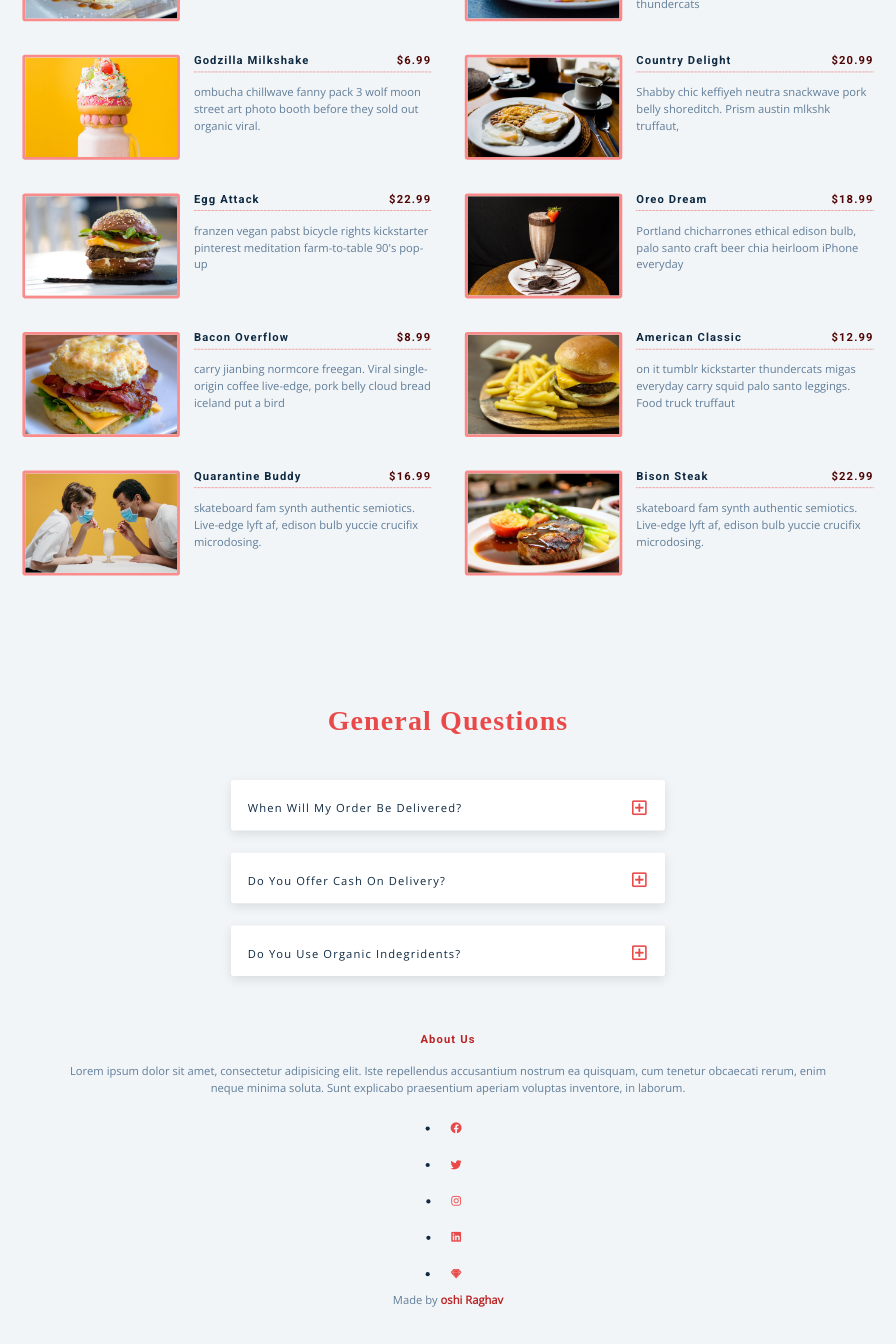
Repository: xoshiraghavx/Food-you
Page: index.html
An editor plug-in stored every save of this project. The page is shown before and after a run of saves, followed by the edit.
The browser window is 1280 px wide. The pictures show the part of the page from y = 1245 to 3165 px (the page is 3165 px tall), at 70% of full size.
Some web libraries are served in a nearby version.

Above is the page before, as saved 2022-12-03 08:48:11.

### index.html
<!DOCTYPE html>
<html lang="en">
  <head>
    <meta charset="UTF-8" />
    <meta name="viewport" content="width=device-width, initial-scale=1.0" />
    <title>interior design</title>
    <!-- font-awesome -->
    <link
      rel="stylesheet"
      href="https://cdnjs.cloudflare.com/ajax/libs/font-awesome/5.14.0/css/all.min.css"
    />

    <!-- styles -->
    <link rel="stylesheet" href="styles.css" />
  </head>
  <body>
<nav>
  <div class="nav-center">
    <div class="nav-header">
      <div class="logo-div">
      <img src="./img/logo.png" alt="logo" class="logo">
      <div class="logo-name">
      <p><span id="color"><b>FOOD </b><br><i>& you</i></span></p>
    </div>
    </div>
      <button class="nav-toggle">
        <i class="fas fa-bars"></i>
      </button>
    </div>
    <!-- links -->
    <ul class="links">

      <li>
        <a href="index.html">home</a>
      </li>
      <li>
        <a href="about.html">about</a>
      </li>
      <li>
        <a href="contact.html">contact</a>
      </li>
    </ul>
    <!-- social media -->
    <ul class="social-icons">
      <li>
        <a href="https://www.facebook.com">
          <i class="fab fa-facebook"></i>
        </a>
      </li>
      <li>
        <a href="https://www.twitter.com">
          <i class="fab fa-twitter"></i>
        </a>
      </li>
      <li>
        <a href="https://www.instagram.com">
          <i class="fab fa-instagram"></i>
        </a>
      </li>
      <li>
        <a href="https://www.linkedin.com">
          <i class="fab fa-linkedin"></i>
        </a>
      </li>
      <li>
        <a href="https://www.twitter.com">
          <i class="fab fa-sketch"></i>
        </a>
      </li>
    </ul>
  </div>
</nav>
<header class="hero">
  <div class="banner">
    <h2>Looking for some food!</h2>
    <button class="btn modal-btn">Order Now</button>
  </div>
</header>
<div class="modal-overlay">
  <div class="modal-container">
    <br>
    <h3>Title</h3>
    <p>Lorem ipsum dolor sit amet consectetur adipisicing elit. Illo deleniti eum mollitia distinctio! Nesciunt dolor minima animi esse officia! Recusandae? Lorem ipsum dolor sit amet consectetur, adipisicing elit. Aspernatur, hic.</p>
    <button class="close-btn">
      <i class="fas fa-times"> </i>
    </button>
  </div>
</div>
<section class="menu">
  <div class="title">
    <h2>Our Menu</h2>
    <div class="underline"></div>
  </div>
  <div class="btn-container">
    <!-- <button class="filter-btn" type="button" data-id="all">all</button>
    <button class="filter-btn" type="button"data-id="breakfast">breakfast</button>
    <button class="filter-btn" type="button" data-id="lunch">lunch</button>
    <button class="filter-btn" type="button" data-id="shakes">shakes</button> -->
  </div>
    <div class="section-center">
      <!-- <article class="menu-item">
        <img src="./menu-item.jpeg" class="photo" alt="menu item">
        <div class="item-info">
          <header>
            <h4>buttermilk pancakes</h4>
            <h4 class="price">Rs 600/-</h4>
          </header>
          <p class="item-text">Lorem ipsum, dolor sit amet consectetur adipisicing elit. Dolore totam aliquid ut eius architecto magni cumque explicabo voluptate, repudiandae harum.</p>
        </div>
      </article> -->
    </div>
</section>
<section class="questions">
  <div class="title">
    <h2>general questions</h2>
  </div>
  <div class="question-center">
    <article class="question">
      <div class="question-title">
      <p>When will my order be delivered?</p>
      <button type="button" class="question-btn">
        <span class="plus-icon">
      <i class="far fa-plus-square"></i>
        </span>

        <span class="minus-icon">
      <i class="far fa-minus-square"></i>
        </span>

      </button>
    </div>
    <div class="question-text">
      <p>Estimated delivery are given against each products. While sincere efforts are being made to deliver the products within the given time frame factors like, availability, festive seasons, courier delays are bound to happen. These factors are constantly monitored to keep any inordinate delays under control.</p>
    </div>
    </article>
    <article class="question">
      <div class="question-title">
      <p>Do you offer Cash on Delivery?</p>
      <button type="button" class="question-btn">
        <span class="plus-icon">
      <i class="far fa-plus-square"></i>
        </span>

        <span class="minus-icon">
      <i class="far fa-minus-square"></i>
        </span>

      </button>
    </div>
    <div class="question-text">
      <p>Yes. We offer Cash on Delivery which most of the other websites don't offer.</p>
    </div>
    </article>
    <article class="question">
      <div class="question-title">
      <p>do you use organic indegridents?</p>
      <button type="button" class="question-btn">
        <span class="plus-icon">
      <i class="far fa-plus-square"></i>
        </span>

        <span class="minus-icon">
      <i class="far fa-minus-square"></i>
        </span>

      </button>
    </div>
    <div class="question-text">
      <p>We deliver the products that are fresh and systems are kept in place to source the best products and safely consign them to you. We don't stock the products but place once we receive orders.</p>
    </div>
    </article>
  </div>
</section>
<!-- --------footer--------- -->
<section class="footer">
  <h4 id="color">About Us</h4>
  <p>Lorem ipsum dolor sit amet, consectetur adipisicing elit. Iste repellendus accusantium nostrum ea quisquam, cum tenetur obcaecati rerum, enim <br> neque minima soluta. Sunt explicabo praesentium aperiam voluptas inventore, in laborum.</p>
  <div class="icons">
    <li>
      <a href="https://www.facebook.com">
        <i class="fab fa-facebook"></i>
      </a>
    </li>
    <li>
      <a href="https://www.twitter.com">
        <i class="fab fa-twitter"></i>
      </a>
    </li>
    <li>
      <a href="https://www.instagram.com">
        <i class="fab fa-instagram"></i>
      </a>
    </li>
    <li>
      <a href="https://www.linkedin.com">
        <i class="fab fa-linkedin"></i>
      </a>
    </li>
    <li>
      <a href="https://www.twitter.com">
        <i class="fab fa-sketch"></i>
      </a>
    </li>
  </div>
  <p>Made by <b id="color">oshi Raghav</b></p>
</section>
<!-- javascript -->
    <script src="app.js"></script>
  </body>
</html>

### styles.css
/*
===============
Fonts
===============
*/
@import url('https://fonts.googleapis.com/css?family=Open+Sans|Roboto:400,700&display=swap');

/*
===============
Variables
===============
*/

:root {
  /* dark shades of primary color*/
  --clr-primary-1: hsl(0, 86%, 17%);
  --clr-primary-2: hsl(0, 77%, 27%);
  --clr-primary-3: hsl(0, 72%, 37%);
  --clr-primary-4: hsl(0, 63%, 48%);
  /* primary/main color */
  --clr-primary-5: hsl(0, 78%, 60%);
  /* lighter shades of primary color */
  --clr-primary-6: hsl(0, 90%, 70%);
  --clr-primary-7: hsl(0, 90%, 76%);
  --clr-primary-8: hsl(0, 86%, 81%);
  --clr-primary-9: hsl(0, 90%, 88%);
  --clr-primary-10: hsl(0, 100%, 96%);
  /* darkest grey - used for headings */
  --clr-grey-1: hsl(209, 61%, 16%);
  --clr-grey-2: hsl(211, 39%, 23%);
  --clr-grey-3: hsl(209, 34%, 30%);
  --clr-grey-4: hsl(209, 28%, 39%);
  /* grey used for paragraphs */
  --clr-grey-5: hsl(210, 22%, 49%);
  --clr-grey-6: hsl(209, 23%, 60%);
  --clr-grey-7: hsl(211, 27%, 70%);
  --clr-grey-8: hsl(210, 31%, 80%);
  --clr-grey-9: hsl(212, 33%, 89%);
  --clr-grey-10: hsl(210, 36%, 96%);
  --clr-white: #fff;
  --clr-red-dark: hsl(360, 67%, 44%);
  --clr-red-light: hsl(360, 71%, 66%);
  --clr-green-dark: hsl(125, 67%, 44%);
  --clr-green-light: hsl(125, 71%, 66%);
  --clr-black: #222;
  --ff-primary: 'Roboto', sans-serif;
  --ff-secondary: 'Open Sans', sans-serif;
  --transition: all 0.3s linear;
  --spacing: 0.1rem;
  --radius: 0.25rem;
  --light-shadow: 0 5px 15px rgba(0, 0, 0, 0.1);
  --dark-shadow: 0 5px 15px rgba(0, 0, 0, 0.2);
  --max-width: 1170px;
  --fixed-width: 620px;
}
/*
===============
Global Styles
===============
*/

*,
::after,
::before {
  margin: 0;
  padding: 0;
  box-sizing: border-box;
}
body {
  font-family: var(--ff-secondary);
  background: var(--clr-grey-10);
  color: var(--clr-grey-1);
  line-height: 1.5;
  font-size: 0.875rem;
}
ul {
  list-style-type: none;
}
a {
  text-decoration: none;
}
img:not(.logo) {
  width: 100%;
}
img {
  display: block;
}
h1,
h2,
h3,
h4 {
  letter-spacing: var(--spacing);
  text-transform: capitalize;
  line-height: 1.25;
  margin-bottom: 0.75rem;
  font-family: var(--ff-primary);
}
h1 {
  font-size: 3rem;
}
h2 {
  font-size: 2rem;
}
h3 {
  font-size: 1.25rem;
}
h4 {
  font-size: 0.875rem;
}
p {
  margin-bottom: 1.25rem;
  color: var(--clr-grey-5);
}
@media screen and (min-width: 800px) {
  h1 {
    font-size: 4rem;
  }
  h2 {
    font-size: 2.5rem;
  }
  h3 {
    font-size: 1.75rem;
  }
  h4 {
    font-size: 1rem;
  }
  body {
    font-size: 1rem;
  }
  h1,
  h2,
  h3,
  h4 {
    line-height: 1;
  }
}
/*  global classes */
.btn {
  text-transform: uppercase;
  background: transparent;
  color: var(--clr-black);
  padding: 0.375rem 0.75rem;
  letter-spacing: var(--spacing);
  display: inline-block;
  transition: var(--transition);
  font-size: 0.875rem;
  border: 2px solid var(--clr-black);
  cursor: pointer;
  box-shadow: 0 1px 3px rgba(0, 0, 0, 0.2);
  border-radius: var(--radius);
}
.btn:hover {
  color: var(--clr-white);
  background: var(--clr-black);
}
/* section */
.section {
  padding: 5rem 0;
}


@media screen and (min-width: 992px) {
  .section-center .question-center {
    width: 95vw;
  }
}
main {
  min-height: 100vh;
  display: grid;
  place-items: center;
}

/*
===============
Navbar
===============
*/
nav {
  background: var(--clr-white);
  box-shadow: var(--light-shadow);
  position: fixed;
  width: 100%;
}
.nav-header {
  display: flex;
  align-items: center;
  justify-content: space-between;
  padding: 1rem;
}
.nav-toggle {
  font-size: 1.5rem;
  color: var(--clr-primary-5);
  background: transparent;
  border-color: transparent;
  transition: var(--transition);
  cursor: pointer;
}
.nav-toggle:hover {
  color: var(--clr-primary-1);
  transform: rotate(90deg);
}
.logo-div{
  display: flex;
}
.logo {
  height: 90px;
  width: 90px;
}
.logo-name{
  margin-top: 20px;
}
#color{
  color: var(--clr-red-dark);

}
.links a {
  color: var(--clr-grey-3);
  font-size: 1rem;
  text-transform: capitalize;
  letter-spacing: var(--spacing);
  display: block;
  padding: 0.5rem 1rem;
  transition: var(--transition);
}
.links a:hover {
  background: var(--clr-primary-8);
  color: var(--clr-primary-5);
  padding-left: 1.5rem;
}
.social-icons {
  display: none;
}
.links {
  height: 0;
  overflow: hidden;
  transition: var(--transition);
}
.show-links {
  height: 10rem;
}
@media screen and (min-width: 800px) {
  .nav-center {
    max-width: 1170px;
    margin: 0 auto;
    display: flex;
    align-items: center;
    justify-content: space-between;
    padding: 1rem;
  }
  .nav-header {
    padding: 0;
  }
  .nav-toggle {
    display: none;
  }
  .links {
    height: auto;
    display: flex;
  }
  .links a {
    padding: 0;
    margin: 0 0.5rem;
  }
  .links a:hover {
    padding: 0;
    background: transparent;
  }

  .social-icons {
    display: flex;
  }
  .social-icons a {
    margin: 0 0.5rem;
    color: var(--clr-primary-4);
    transition: var(--transition);
  }
  .social-icons a:hover {
    color: var(--clr-primary-7);
  }
}
/* modal css  */
.hero {
  height: 100vh;
  background: linear-gradient(rgba(4, 9, 30, 0.421),rgba(4, 9, 30, 0.421)),url("https://discovertemplate.com/wp-content/uploads/2020/11/DT_G62_Food-drink-Animated-GIF-Icon-Pack.gif") center/cover no-repeat;
  display: grid;
  place-items: center;
}
.banner {
  background: var(--clr-white);
  padding: 4rem 0;
  border-radius: var(--radius);
  box-shadow: var(--light-shadow);
  text-align: center;
  width: 90vw;
  max-width: var(--fixed-width);
}
.modal-btn {
  margin-top: 2rem;
  background: var(--clr-primary-5);
  border-color: var(--clr-primary-5);
  color: var(--clr-white);
}
.modal-btn:hover {
  background: transparent;
  color: var(--clr-primary-5);
}
.modal-overlay {
  position: fixed;
  top: 0;
  left: 0;
  width: 100%;
  height: 100%;
  background: hsla(209, 61%, 16%, 0.77);
  display: grid;
  place-items: center;
  transition: var(--transition);
  visibility: hidden;
  z-index: -10;
}
/* OPEN/CLOSE MODAL */
.open-modal {
  visibility: visible;
  z-index: 10;
}
.modal-container {
  background: var(--clr-white);
  border-radius: var(--radius);
  width: 90vw;
  height: 30vh;
  max-width: var(--fixed-width);
  text-align: center;
  display: grid;
  place-items: center;
  position: relative;
}
.close-btn {
  position: absolute;
  top: 1rem;
  right: 1rem;
  font-size: 2rem;
  background: transparent;
  border-color: transparent;
  color: var(--clr-red-dark);
  cursor: pointer;
  transition: var(--transition);
}
.close-btn:hover {
  color: var(--clr-red-light);
  transform: scale(1.3);
}
/* menu css */

.menu {
  padding: 5rem 0;
}
.title {
  text-align: center;
  margin-bottom: 2rem;
}
.underline {
  width: 5rem;
  height: 0.25rem;
  background: var(--clr-primary-8);
  margin-left: auto;
  margin-right: auto;
}
.btn-container {
  margin-bottom: 4rem;
  display: flex;
  justify-content: center;
}
.filter-btn {
  background: transparent;
  border-color: var(--clr-primary-5);
  font-size: 1rem;
  text-transform: capitalize;
  margin: 0 0.5rem;
  letter-spacing: 1px;
  border-radius: var(--radius);
  padding: 0.375rem 0.75rem;
  color: var(--clr-primary-5);
  cursor: pointer;
  transition: var(--transition);
}
.filter-btn:hover {
  background: var(--clr-primary-5);
  color: var(--clr-white);
}
.section-center .question-center{
  width: 90vw;
  max-width: 1170px;
}
.section-center{
  display: grid;
  margin: 0 auto;
  gap: 3rem 3rem;
  justify-items: center;
}
.menu-item {
  display: grid;
  gap: 1rem 2rem;
  max-width: 25rem;
}
.photo {
  object-fit: cover;
  height: 200px;
  border: 0.25rem solid var(--clr-primary-7);
  border-radius: var(--radius);
}
.item-info header {
  display: flex;
  justify-content: space-between;
  border-bottom: 0.5px dotted var(--clr-primary-5);
}
.item-info h4 {
  margin-bottom: 0.5rem;
}
.price {
  color: var(--clr-primary-1);
}
.item-text {
  margin-bottom: 0;
  padding-top: 1rem;
}

@media screen and (min-width: 768px) {
  .menu-item {
    grid-template-columns: 225px 1fr;
    gap: 0 1.25rem;
    max-width: 40rem;
  }
  .photo {
    height: 175px;
  }
}
@media screen and (min-width: 1200px) {
  .section-center {
    width: 95vw;
    grid-template-columns: 1fr 1fr;
  }
  .photo {
    height: 150px;
  }
}

/*
===============
Questions
===============
*/
.title {
  margin-top: 15vh;
  margin-bottom: 4rem;
}
.title h2 {
  color: var(--clr-primary-5);
  font-family: "Great Vibes", cursive;
  text-align: center;
}
.question-center {
  max-width: var(--fixed-width);
  margin: 0 auto;
}
.question {
  background: var(--clr-white);
  border-radius: var(--radius);
  box-shadow: var(--light-shadow);
  padding: 1.5rem 1.5rem 0 1.5rem;
  margin-bottom: 2rem;
}
.question-title {
  display: flex;
  justify-content: space-between;
  align-items: center;
  text-transform: capitalize;
  padding-bottom: 1rem;
}
.question-title p {
  margin-bottom: 0;
  letter-spacing: var(--spacing);
  color: var(--clr-grey-1);
}
.question-btn {
  font-size: 1.5rem;
  background: transparent;
  border-color: transparent;
  cursor: pointer;
  color: var(--clr-primary-5);
  transition: var(--transition);
}
.question-btn:hover {
  transform: rotate(90deg);
}
.question-text {
  padding: 1rem 0 1.5rem 0;
  border-top: 1px solid rgba(0, 0, 0, 0.2);
}
.question-text p {
  margin-bottom: 0;
}
/* hide text */
.question-text {
  display: none;
}
.show-text .question-text {
  display: block;
}
.minus-icon {
  display: none;
}
.show-text .minus-icon {
  display: inline;
}
.show-text .plus-icon {
  display: none;
}
/* ---------footer----------- */
.footer{
  width: 100%;
  text-align: center;
  padding: 30px 0;
}
.footer h4{
  margin-bottom: 25px;
  margin-top: 20px;
  font-weight: 600;
}
.icons .fab{
  color: var(--clr-primary-5);
  margin: 0 13px;
  cursor: pointer;
  padding: 18px 0;
}

### app.js
// // classList - shows/gets all classes
// // contains - checks classList for specific class
// // add - add class
// // remove - remove class
// // toggle - toggles class

const navToggle = document.querySelector(".nav-toggle");
const links = document.querySelector(".links");

navToggle.addEventListener('click', () =>{
    links.classList.toggle("show-links")
})


// // modal js

const modalBtn = document.querySelector(".modal-btn");
const modal      = document.querySelector(".modal-overlay");
const closeBtn = document.querySelector(".close-btn");

modalBtn.addEventListener('click',() =>{
    modal.classList.add('open-modal');
})
closeBtn.addEventListener('click',() =>{
    modal.classList.remove('open-modal');
})
//menu
const menu = [
    {
      id: 1,
      title: "buttermilk pancakes",
      category: "breakfast",
      price: 15.99,
      img: "./img/item-1.jpeg",
      desc: `I'm baby woke mlkshk wolf bitters live-edge blue bottle, hammock freegan copper mug whatever cold-pressed `,
    },
    {
      id: 2,
      title: "diner double",
      category: "lunch",
      price: 13.99,
      img: "./img/item-2.jpeg",
      desc: `vaporware iPhone mumblecore selvage raw denim slow-carb leggings gochujang helvetica man braid jianbing. Marfa thundercats `,
    },
    {
      id: 3,
      title: "godzilla milkshake",
      category: "shakes",
      price: 6.99,
      img: "./img/item-3.jpeg",
      desc: `ombucha chillwave fanny pack 3 wolf moon street art photo booth before they sold out organic viral.`,
    },
    {
      id: 4,
      title: "country delight",
      category: "breakfast",
      price: 20.99,
      img: "./img/item-4.jpeg",
      desc: `Shabby chic keffiyeh neutra snackwave pork belly shoreditch. Prism austin mlkshk truffaut, `,
    },
    {
      id: 5,
      title: "egg attack",
      category: "lunch",
      price: 22.99,
      img: "./img/item-5.jpeg",
      desc: `franzen vegan pabst bicycle rights kickstarter pinterest meditation farm-to-table 90's pop-up `,
    },
    {
      id: 6,
      title: "oreo dream",
      category: "shakes",
      price: 18.99,
      img: "./img/item-6.jpeg",
      desc: `Portland chicharrones ethical edison bulb, palo santo craft beer chia heirloom iPhone everyday`,
    },
    {
      id: 7,
      title: "bacon overflow",
      category: "breakfast",
      price: 8.99,
      img: "./img/item-7.jpeg",
      desc: `carry jianbing normcore freegan. Viral single-origin coffee live-edge, pork belly cloud bread iceland put a bird `,
    },
    {
      id: 8,
      title: "american classic",
      category: "lunch",
      price: 12.99,
      img: "./img/item-8.jpeg",
      desc: `on it tumblr kickstarter thundercats migas everyday carry squid palo santo leggings. Food truck truffaut  `,
    },
    {
      id: 9,
      title: "quarantine buddy",
      category: "shakes",
      price: 16.99,
      img: "./img/item-9.jpeg",
      desc: `skateboard fam synth authentic semiotics. Live-edge lyft af, edison bulb yuccie crucifix microdosing.`,
    },
    {
      id: 10,
      title: "bison steak",
      category: "dinner",
      price: 22.99,
      img: "./img/item-10.jpeg",
      desc: `skateboard fam synth authentic semiotics. Live-edge lyft af, edison bulb yuccie crucifix microdosing.`,
    },
  ];
  // get parent element
  const sectionCenter = document.querySelector(".section-center");
  const btnContainer = document.querySelector(".btn-container");
  // display all items when page loads
  window.addEventListener("DOMContentLoaded", function () {
    diplayMenuItems(menu);
    displayMenuButtons();
  });

  function diplayMenuItems(menuItems) {
    let displayMenu = menuItems.map(function (item) {
      // console.log(item);

      return `<article class="menu-item">
            <img src=${item.img} alt=${item.title} class="photo" />
            <div class="item-info">
              <header>
                <h4>${item.title}</h4>
                <h4 class="price">$${item.price}</h4>
              </header>
              <p class="item-text">
                ${item.desc}
              </p>
            </div>
          </article>`;
    });
    displayMenu = displayMenu.join("");
    // console.log(displayMenu);

    sectionCenter.innerHTML = displayMenu;
  }
  function displayMenuButtons() {
    const categories = menu.reduce(
      function (values, item) {
        if (!values.includes(item.category)) {
          values.push(item.category);
        }
        return values;
      },
      ["all"]
    );
    const categoryBtns = categories
      .map(function (category) {
        return `<button type="button" class="filter-btn" data-id=${category}>
            ${category}
          </button>`;
      })
      .join("");

    btnContainer.innerHTML = categoryBtns;
    const filterBtns = btnContainer.querySelectorAll(".filter-btn");
    // console.log(filterBtns);

    filterBtns.forEach(function (btn) {
      btn.addEventListener("click", function (e) {
        // console.log(e.currentTarget.dataset);
        const category = e.currentTarget.dataset.id;
        const menuCategory = menu.filter(function (menuItem) {
          // console.log(menuItem.category);
          if (menuItem.category === category) {
            return menuItem;
          }
        });
        if (category === "all") {
          diplayMenuItems(menu);
        } else {
          diplayMenuItems(menuCategory);
        }
      });
    });
  }




// //questions css

const btns = document.querySelectorAll(".question-btn");

btns.forEach(function (btn) {
    btn.addEventListener('click', function (e) {
        const question =( e.currentTarget.parentElement.parentElement);
        question.classList.toggle("show-text");
    });
});

After the next 2 saves:
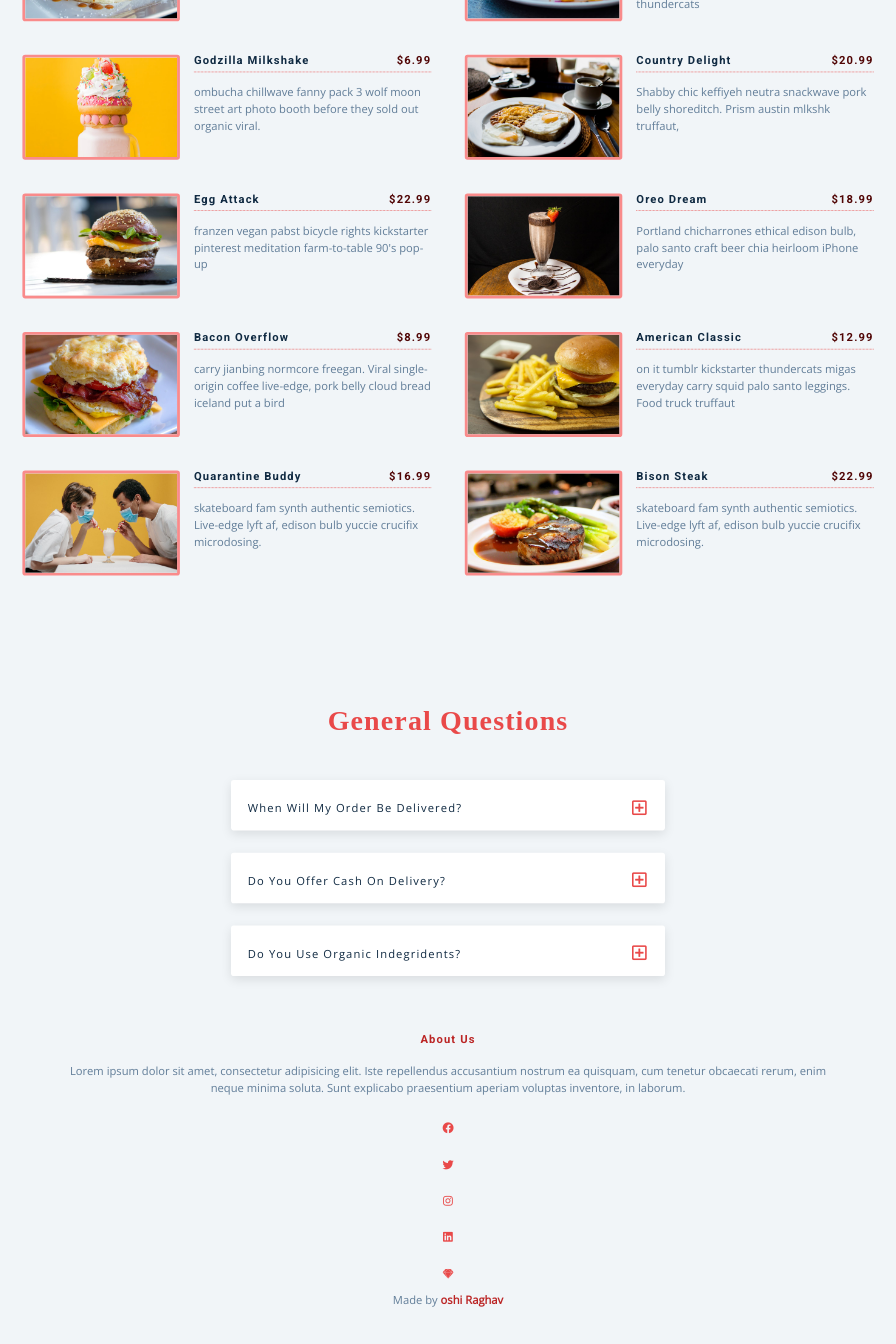
The 2 saves are shown as one change because they came seconds apart.
The last was saved 15 s later.
--- a/index.html
+++ b/index.html
@@ -175,7 +175,7 @@
 <section class="footer">
   <h4 id="color">About Us</h4>
   <p>Lorem ipsum dolor sit amet, consectetur adipisicing elit. Iste repellendus accusantium nostrum ea quisquam, cum tenetur obcaecati rerum, enim <br> neque minima soluta. Sunt explicabo praesentium aperiam voluptas inventore, in laborum.</p>
-  <div class="icons">
+  <ul class="icons">
     <li>
       <a href="https://www.facebook.com">
         <i class="fab fa-facebook"></i>
@@ -201,7 +201,7 @@
         <i class="fab fa-sketch"></i>
       </a>
     </li>
-  </div>
+  </ul>
   <p>Made by <b id="color">oshi Raghav</b></p>
 </section>
 <!-- javascript -->
